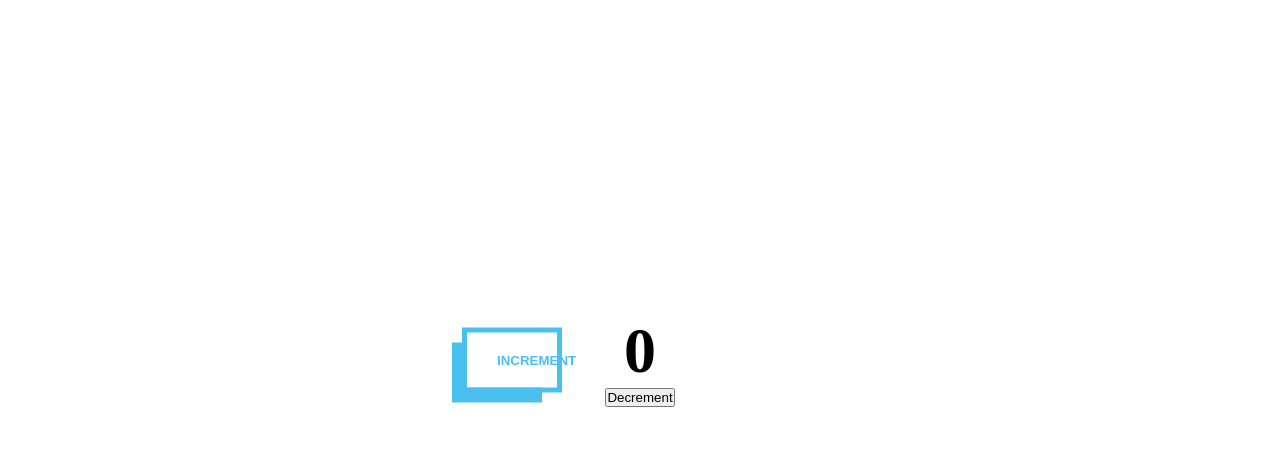
Repository: Ellisvelandia/react_introduction_test
Page: /
An editor plug-in stored every save of this project. The page is shown before and after the next save, followed by the edit.
The browser window is 1280 px wide. The pictures show the whole page.
The project was rebuilt for these pictures with package versions that can differ from the ones it lists, and the page was loaded fresh each time. Also part of the build but not shown: src/index.css.

Above is the page before, as saved 2022-08-15 20:02:49.

### src/App.js
import "./App.scss";
import React, { useState } from "react";

const App = () => {
  const [num, changeNum] = useState(0);

  const incrementNum = () => {
    changeNum(num + 2);
  };

  const decrementNum = () => {
    if (num - 1 < 0) {
      alert(`you can't decrease than 0`);
    } else {
      changeNum(num - 2);
    }
  };

  return (
    <>
      <div className="container">
        <h1>{num}</h1>
        <button className="button_I" onClick={incrementNum}>Increment</button>
        <button className="button_D" onClick={decrementNum}>Decrement</button>
      </div>
    </>
  );
};

export default App;

### src/App.scss
* {
  margin: 0;
  padding: 0;
  box-sizing: border-box;
}

body {
  width: 100%;
  height: 100vh;
  display: flex;
  justify-content: center;
  align-items: center;
  flex-direction: column;
}

.container {
  align-self: center;
}

h1 {
  text-align: center;
  font-size: 4rem;
}

// button {
//   font-size: 1rem;
//   margin: 5px;
//   font-family: "Lato", sans-serif;
//   font-weight: 300;
//   letter-spacing: 1px;
//   font-weight: bold;
// }

#button_D {
  left: 60%;
}

.button_I {
  position: absolute;
  left: 40%;
  top: 50%;
  transform: translateX(-50%) translateY(-50%);

  background: #fff;
  width: 100px;
  padding: 20px 30px;

  border: 5px solid #4ac0ee;
  color: #4ac0ee;
  font-weight: bold;
  text-transform: uppercase;
  text-align: center;

  z-index: 2;
  transition: all 0.15s 0.15s ease-out;

  &:after,
  &:before {
    position: absolute;
    width: 100%;
    max-width: 100%;
    top: 100%;
    left: 0;
    bottom: -10px;
    content: "";
    z-index: 1;
    transition: all 0.15s 0.15s ease-out;
  }

  &:before {
    background: #4ac0ee;
    top: 10px;
    left: -15px;
    height: 100%;
    width: 15px;
  }

  &:after {
    width: 100%;
    background: #4ac0ee;
    right: 0px;
    left: -15px;
    height: 15px;
  }

  &:hover {
    background: #4ac0ee;
    color: #fff;
    margin-left: -7.5px;
    margin-bottom: -7.5px;

    &:after,
    &:before {
      top: 100%;
      left: 0;
      bottom: 0px;
    }

    &:before {
      top: 0px;
      left: 0px;
      width: 0px;
    }

    &:after {
      right: 0px;
      left: 0px;
      height: 0px;
    }
  }
}

Loaded but not shown: public/index.html (common file); src/index.js (common file); src/reportWebVitals.js (common file)

After the next save:
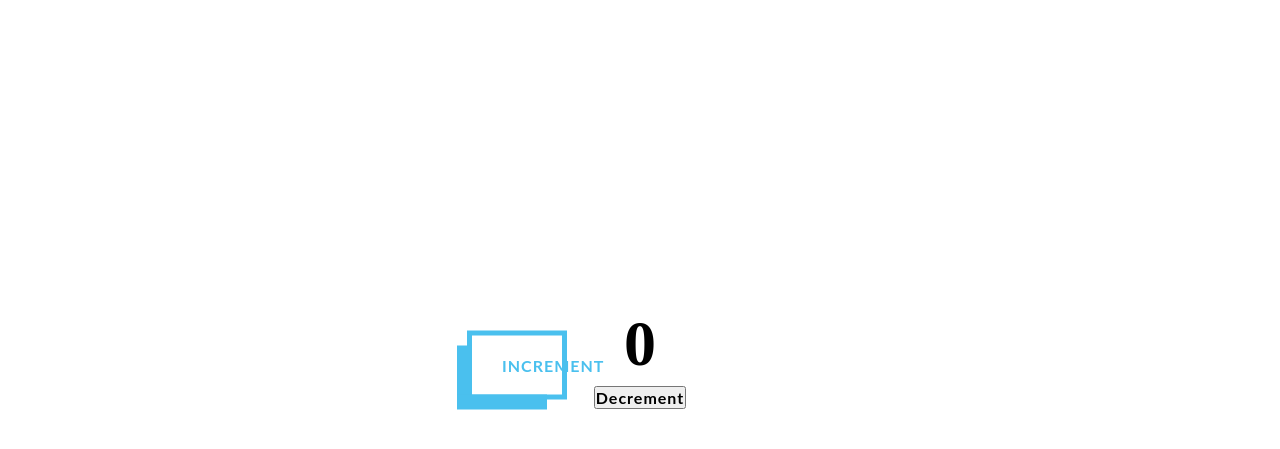
Saved 8 s later.
--- a/src/App.scss
+++ b/src/App.scss
@@ -22,14 +22,14 @@
   font-size: 4rem;
 }
 
-// button {
-//   font-size: 1rem;
-//   margin: 5px;
-//   font-family: "Lato", sans-serif;
-//   font-weight: 300;
-//   letter-spacing: 1px;
-//   font-weight: bold;
-// }
+button {
+  font-size: 1rem;
+  margin: 5px;
+  font-family: "Lato", sans-serif;
+  font-weight: 300;
+  letter-spacing: 1px;
+  font-weight: bold;
+}
 
 #button_D {
   left: 60%;

After the save that followed:
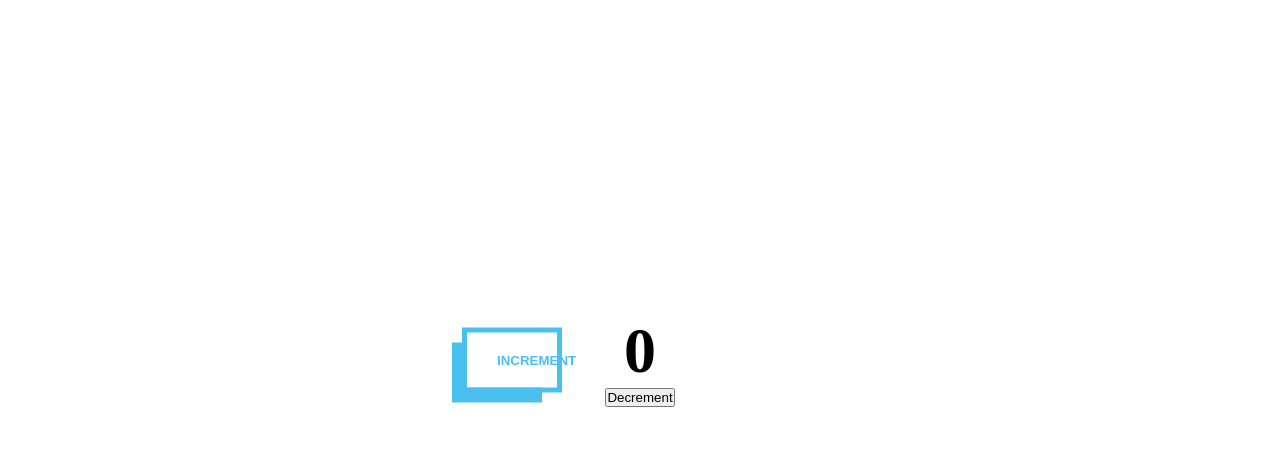
Saved 13 s later.
--- a/src/App.scss
+++ b/src/App.scss
@@ -22,14 +22,14 @@
   font-size: 4rem;
 }
 
-button {
-  font-size: 1rem;
-  margin: 5px;
-  font-family: "Lato", sans-serif;
-  font-weight: 300;
-  letter-spacing: 1px;
-  font-weight: bold;
-}
+// button {
+//   font-size: 1rem;
+//   margin: 5px;
+//   font-family: "Lato", sans-serif;
+//   font-weight: 300;
+//   letter-spacing: 1px;
+//   font-weight: bold;
+// }
 
 #button_D {
   left: 60%;
